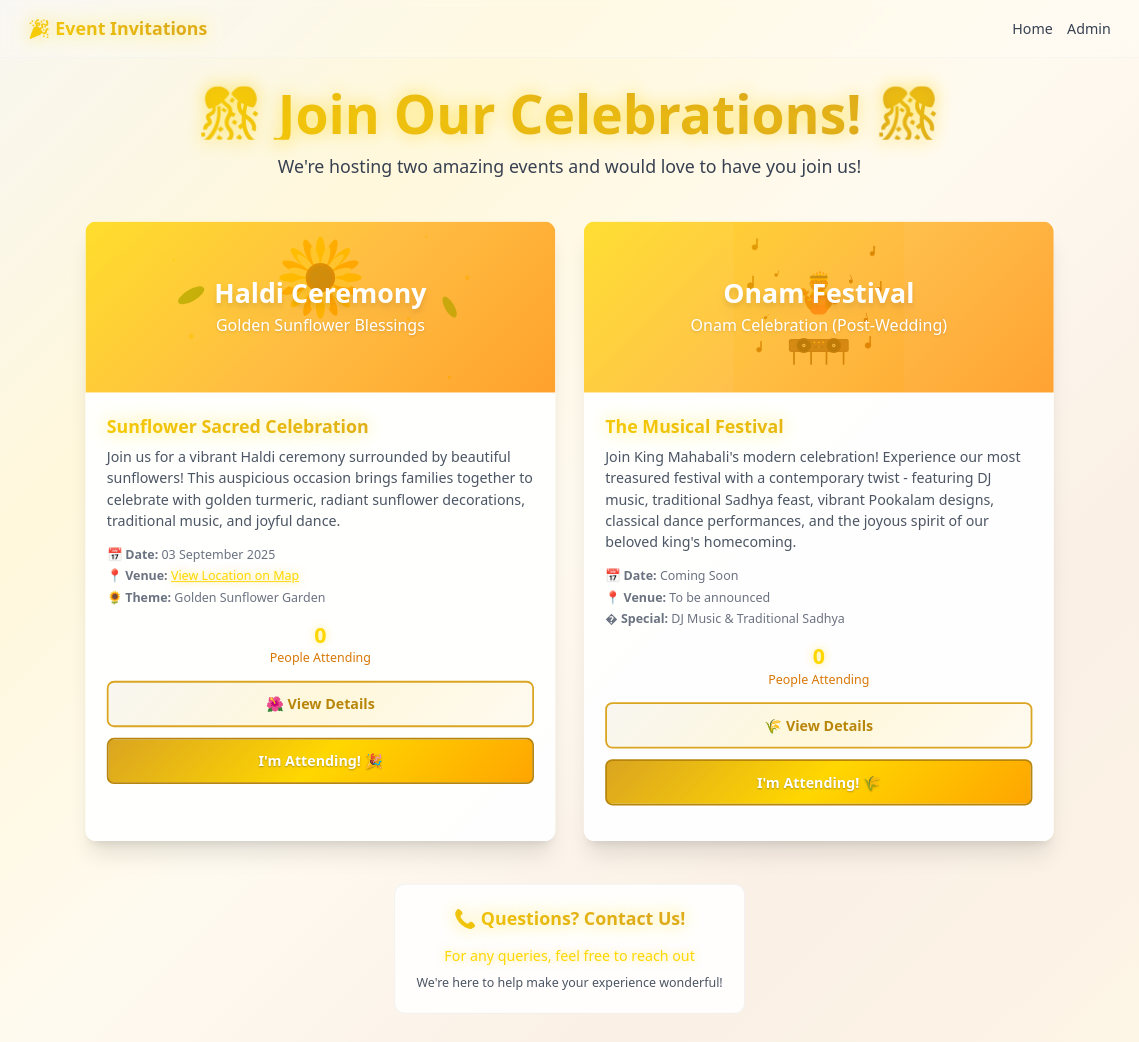
Repository: nanduldas/invitation
Page: http://localhost/
An editor plug-in stored every save of this project. The page is shown before and after the next save, followed by the edit.
The browser window is 1280 px wide. The pictures show the whole page, at 89% of full size.
Some web libraries are served in a nearby version. The page is served by the project's Laravel application, run on PHP 8.4 with Laravel 12. Other server files are loaded and not shown. Queries for data that is not in the repository find no rows.

Above is the page before, as saved 2025-08-30 14:06:21.

### routes/web.php
<?php

use Illuminate\Support\Facades\Route;
use App\Http\Controllers\EventController;

Route::get('/', [EventController::class, 'index'])->name('home');
Route::get('/event/{event}', [EventController::class, 'show'])->name('event.show');
Route::post('/register', [EventController::class, 'register'])->name('register');
Route::get('/admin/attendees', [EventController::class, 'admin'])->name('admin.attendees');

### app/Http/Controllers/EventController.php
<?php

namespace App\Http\Controllers;

use Illuminate\Http\Request;
use App\Models\Attendee;
use Illuminate\Support\Facades\Validator;

class EventController extends Controller
{
    public function index()
    {
        $haldiCount = Attendee::forEvent('haldi')->count();
        $onamCount = Attendee::forEvent('onam')->count();

        return view('events.index', compact('haldiCount', 'onamCount'));
    }

    public function show($event)
    {
        if (!in_array($event, ['haldi', 'onam'])) {
            abort(404);
        }

        $attendeesCount = Attendee::forEvent($event)->count();

        return view('events.show', compact('event', 'attendeesCount'));
    }

    public function register(Request $request)
    {
        $validator = Validator::make($request->all(), [
            'name' => 'required|string|max:255',
            'phone' => 'required|string|max:20',
            'event' => 'required|in:haldi,onam'
        ]);

        if ($validator->fails()) {
            return response()->json([
                'success' => false,
                'message' => 'Please fill all fields correctly.'
            ], 422);
        }

        // Check if attendee already exists based on phone number
        $existingAttendee = Attendee::where('phone', $request->phone)->first();

        if ($existingAttendee) {
            return response()->json([
                'success' => true,
                'message' => 'You are already on our list, thank you! 🎉',
                'attendee_count' => Attendee::forEvent($request->event)->count()
            ]);
        }

        // Create new attendee
        $attendee = Attendee::create([
            'name' => $request->name,
            'phone' => $request->phone,
            'event' => $request->event
        ]);

        $attendeeCount = Attendee::forEvent($request->event)->count();

        return response()->json([
            'success' => true,
            'message' => "Welcome to our celebration, {$request->name}! 🌟 We're excited to have you join us!",
            'attendee_count' => $attendeeCount
        ]);
    }

    public function admin()
    {
        $haldiAttendees = Attendee::forEvent('haldi')->get();
        $onamAttendees = Attendee::forEvent('onam')->get();

        return view('admin.attendees', compact('haldiAttendees', 'onamAttendees'));
    }
}

### app/Models/Attendee.php
<?php

namespace App\Models;

use Illuminate\Database\Eloquent\Model;

class Attendee extends Model
{
    protected $fillable = [
        'name',
        'phone',
        'event'
    ];

    protected $casts = [
        'event' => 'string'
    ];

    public function scopeForEvent($query, $event)
    {
        return $query->where('event', $event);
    }
}

### resources/views/events/index.blade.php
@extends('layouts.app')

@section('title', 'Welcome - Event Invitations')

@section('content')
<div class="max-w-6xl mx-auto px-4 sm:px-6 lg:px-8">
    <div class="text-center mb-12">
        <h1 class="text-4xl md:text-6xl font-bold text-gold-shining mb-4">
            🎊 Join Our Celebrations! 🎊
        </h1>
        <p class="text-xl text-gray-700 mb-8">
            We're hosting two amazing events and would love to have you join us!
        </p>
    </div>

    <div class="grid md:grid-cols-2 gap-8 mb-12">
        <!-- Haldi Event Card -->
        <div class="bg-white/95 rounded-xl shadow-xl overflow-hidden card-hover">
            <div class="bg-haldi-theme h-48 relative">
                <div class="haldi-overlay h-full flex items-center justify-center">
                    <div class="text-center text-white">
                        <h2 class="text-3xl font-bold drop-shadow-lg">Haldi Ceremony</h2>
                        <p class="text-lg mt-1 drop-shadow">Golden Sunflower Blessings</p>
                    </div>
                </div>
            </div>
            <div class="p-6">
                <div class="mb-4">
                    <h3 class="text-xl font-semibold text-gold-shining mb-2">Sunflower Sacred Celebration</h3>
                    <p class="text-gray-600 mb-4">
                        Join us for a vibrant Haldi ceremony surrounded by beautiful sunflowers! This auspicious
                        occasion brings families together to celebrate with golden turmeric, radiant sunflower
                        decorations, traditional music, and joyful dance.
                    </p>
                    <div class="text-sm text-gray-500 space-y-1">
                        <p>📅 <strong>Date:</strong> 03 September 2025</p>
                        <p>📍 <strong>Venue:</strong> <a href="https://maps.app.goo.gl/8pJX4TCWVV1bqgzKA" target="_blank" class="text-gold hover:text-gold-shining underline">View Location on Map</a></p>
                        <p>🌻 <strong>Theme:</strong> Golden Sunflower Garden</p>
                    </div>
                </div>
                <div class="mb-4">
                    <div class="text-center mb-4">
                        <div class="text-2xl font-bold text-gold attendee-count" data-event="haldi">{{ $haldiCount }}</div>
                        <div class="text-sm text-amber-600">People Attending</div>
                    </div>
                    <div class="space-y-3">
                        <a href="{{ route('event.show', 'haldi') }}"
                           class="block w-full px-4 py-3 btn-gold-light text-center rounded-lg font-semibold">
                            🌺 View Details
                        </a>
                        <button onclick="openModal('haldi')"
                                class="w-full px-4 py-3 btn-gold rounded-lg font-semibold">
                            I'm Attending! 🎉
                        </button>
                    </div>
                </div>
            </div>
        </div>

        <!-- Onam Event Card -->
        <div class="bg-white/95 rounded-xl shadow-xl overflow-hidden card-hover">
            <div class="bg-onam-theme h-48 relative">
                <div class="onam-overlay h-full flex items-center justify-center">
                    <div class="text-center text-white">
                        <h2 class="text-3xl font-bold drop-shadow-lg">Onam Festival</h2>
                        <p class="text-lg mt-1 drop-shadow">Onam Celebration (Post-Wedding)</p>
                    </div>
                </div>
            </div>
            <div class="p-6">
                <div class="mb-4">
                    <h3 class="text-xl font-semibold text-gold-shining mb-2">The Musical Festival</h3>
                    <p class="text-gray-600 mb-4">
                        Join King Mahabali's modern celebration! Experience our most treasured festival with
                        a contemporary twist - featuring DJ music, traditional Sadhya feast, vibrant Pookalam designs,
                        classical dance performances, and the joyous spirit of our beloved king's homecoming.
                    </p>
                    <div class="text-sm text-gray-500 space-y-1">
                        <p>📅 <strong>Date:</strong> Coming Soon</p>
                        <p>📍 <strong>Venue:</strong> To be announced</p>
                        <p>� <strong>Special:</strong> DJ Music & Traditional Sadhya</p>
                    </div>
                </div>
                <div class="mb-4">
                    <div class="text-center mb-4">
                        <div class="text-2xl font-bold text-gold attendee-count" data-event="onam">{{ $onamCount }}</div>
                        <div class="text-sm text-amber-600">People Attending</div>
                    </div>
                    <div class="space-y-3">
                        <a href="{{ route('event.show', 'onam') }}"
                           class="block w-full px-4 py-3 btn-gold-light text-center rounded-lg font-semibold">
                            🌾 View Details
                        </a>
                        <button onclick="openModal('onam')"
                                class="w-full px-4 py-3 btn-gold rounded-lg font-semibold">
                            I'm Attending! 🌾
                        </button>
                    </div>
                </div>
            </div>
        </div>
    </div>

    <div class="text-center">
            <div class="text-center">
        <div class="bg-white/90 rounded-xl p-6 inline-block border border-gray-200/50">
            <h3 class="text-xl font-bold text-gold-shining mb-4">📞 Questions? Contact Us!</h3>
            <p class="text-gold font-medium">For any queries, feel free to reach out</p>
            <p class="text-gray-600 text-sm mt-2">We're here to help make your experience wonderful!</p>
        </div>
    </div>
    </div>
</div>
@endsection

Loaded but not shown: app/Http/Controllers/Controller.php (common file); public/images/haldi-sunflower.svg (393 lines, source omitted); public/images/onam-dj-mahabali.svg (208 lines, source omitted); resources/views/layouts/app.blade.php (225 lines, source omitted)

After the next save:
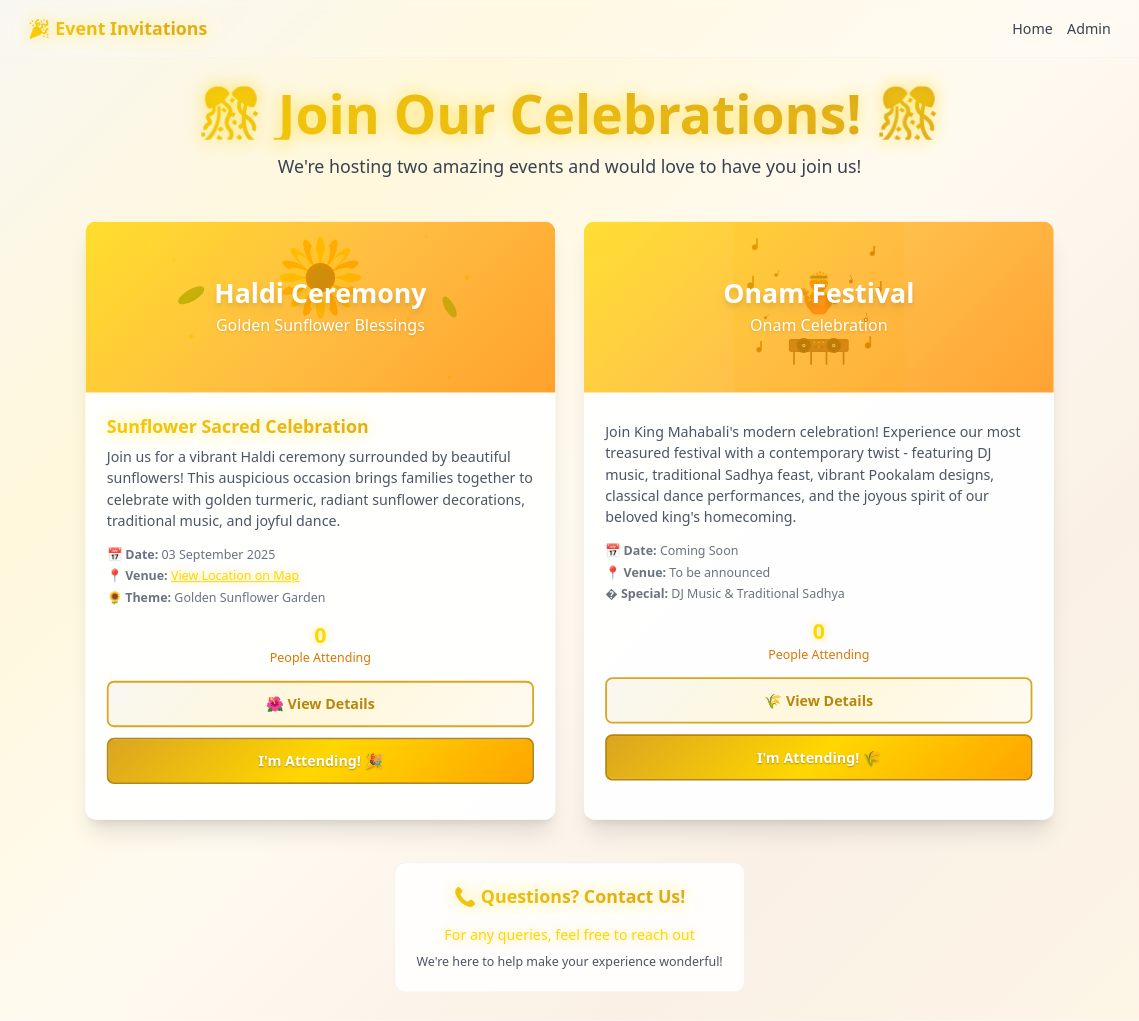
Saved 44 s later.
--- a/resources/views/events/index.blade.php
+++ b/resources/views/events/index.blade.php
@@ -63,13 +63,13 @@
                 <div class="onam-overlay h-full flex items-center justify-center">
                     <div class="text-center text-white">
                         <h2 class="text-3xl font-bold drop-shadow-lg">Onam Festival</h2>
-                        <p class="text-lg mt-1 drop-shadow">Onam Celebration (Post-Wedding)</p>
+                        <p class="text-lg mt-1 drop-shadow">Onam Celebration</p>
                     </div>
                 </div>
             </div>
             <div class="p-6">
                 <div class="mb-4">
-                    <h3 class="text-xl font-semibold text-gold-shining mb-2">The Musical Festival</h3>
+                    <h3 class="text-xl font-semibold text-gold-shining mb-2"></h3>
                     <p class="text-gray-600 mb-4">
                         Join King Mahabali's modern celebration! Experience our most treasured festival with
                         a contemporary twist - featuring DJ music, traditional Sadhya feast, vibrant Pookalam designs,

After the save that followed:
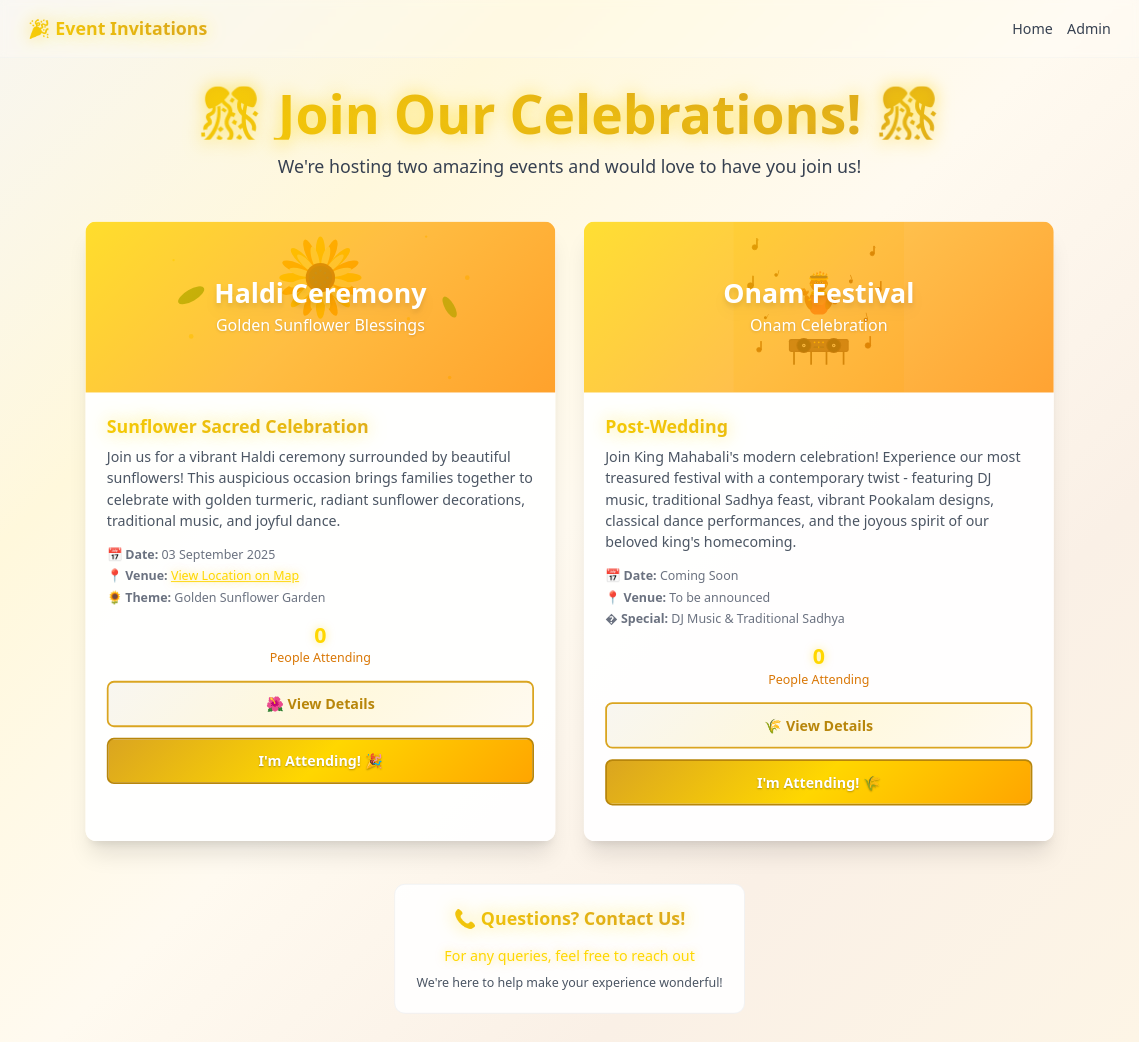
Saved 6 s later.
--- a/resources/views/events/index.blade.php
+++ b/resources/views/events/index.blade.php
@@ -69,7 +69,7 @@
             </div>
             <div class="p-6">
                 <div class="mb-4">
-                    <h3 class="text-xl font-semibold text-gold-shining mb-2"></h3>
+                    <h3 class="text-xl font-semibold text-gold-shining mb-2">Post-Wedding</h3>
                     <p class="text-gray-600 mb-4">
                         Join King Mahabali's modern celebration! Experience our most treasured festival with
                         a contemporary twist - featuring DJ music, traditional Sadhya feast, vibrant Pookalam designs,
